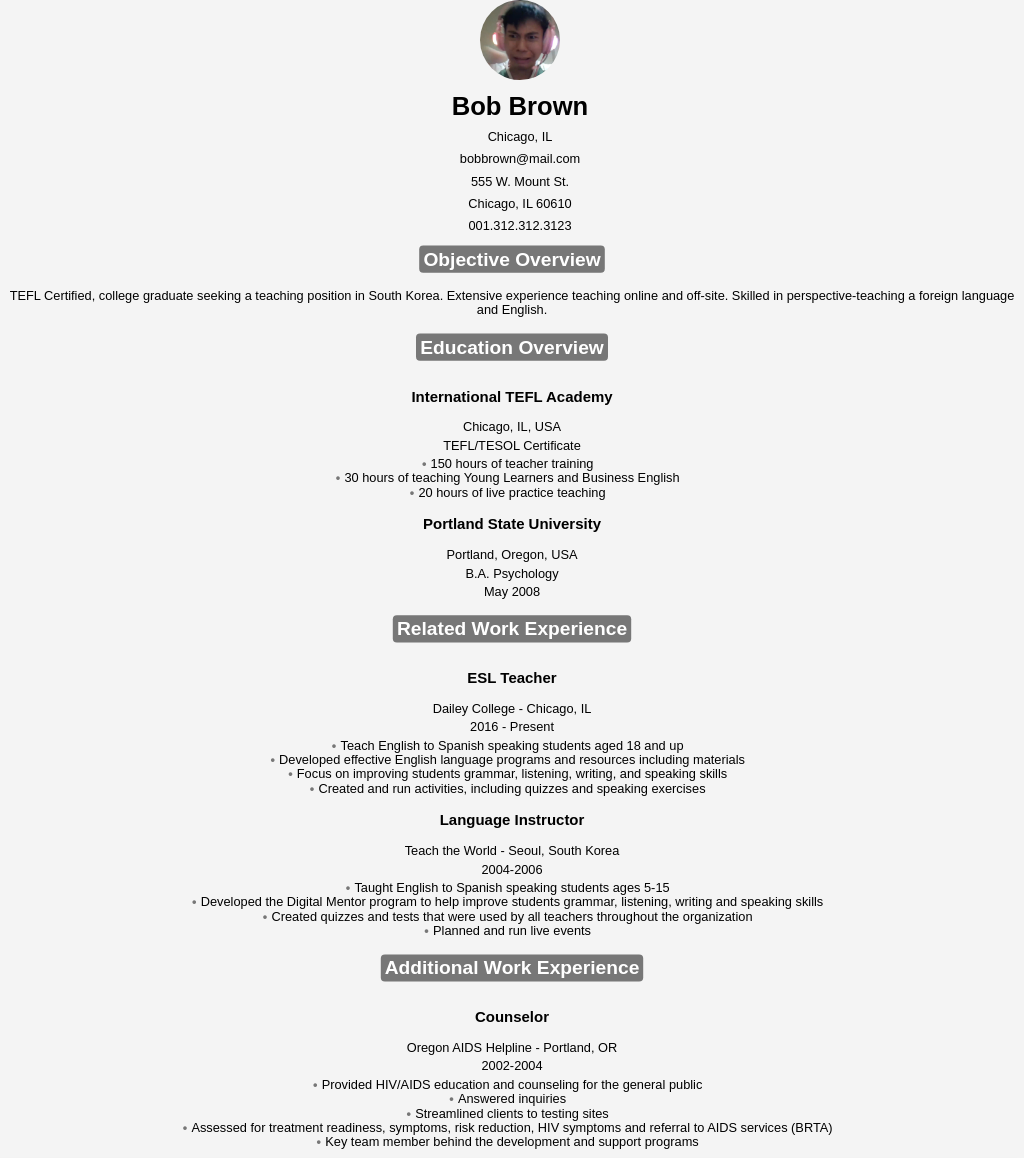
Repository: Gibekkk/WebPro
Page: Tugas Lab 1 (2)/index.html
An editor plug-in stored every save of this project. The page is shown before and after the next save, followed by the edit.
The browser window is 1280 px wide. The pictures show the whole page, at 80% of full size.

Above is the page before, as saved 2024-03-25 13:21:49.

After the next save:
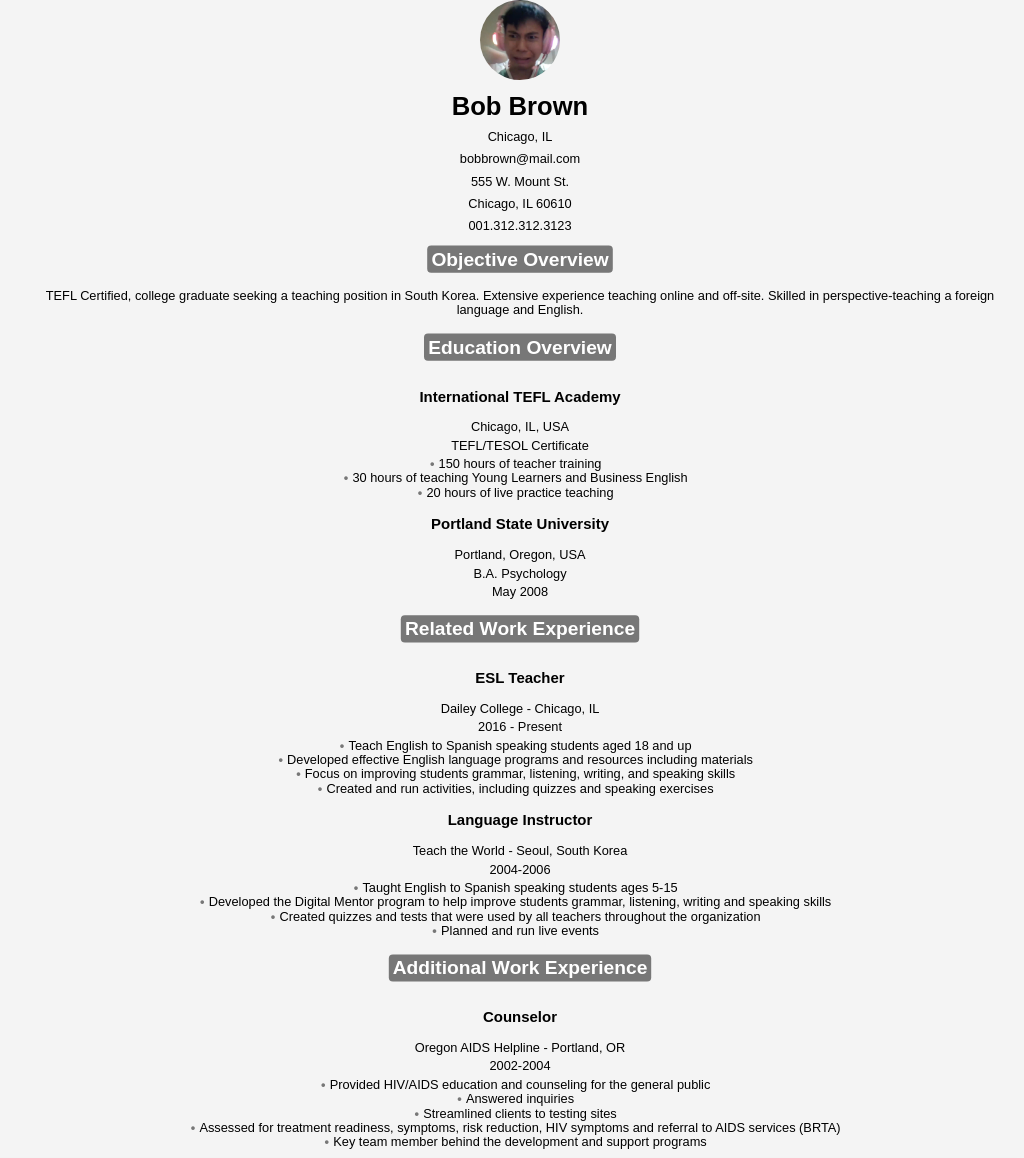
Saved 3 s later.
--- a/Tugas Lab 1 (2)/index.html
+++ b/Tugas Lab 1 (2)/index.html
@@ -27,10 +27,10 @@
   }
   .header h1, .header p {
     margin: 5px 0;
-    text-align: center;
   }
   .section {
     margin-top: 10px;
+    padding-left: 20px;
     text-align: center;
   }
   .section-title {
